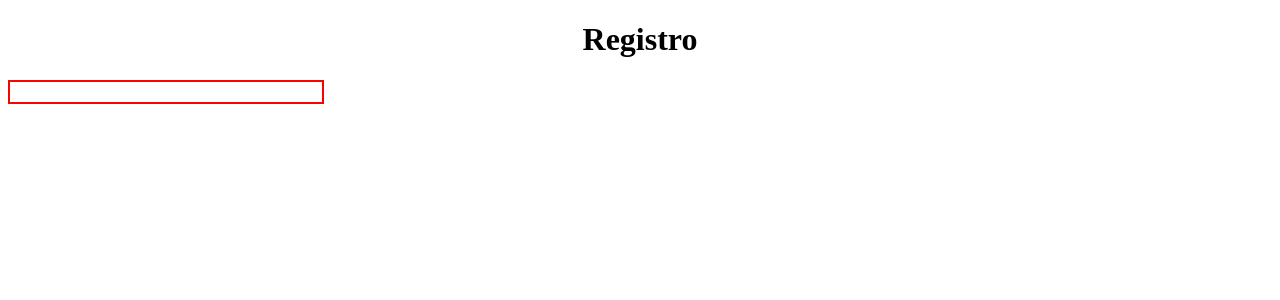
Repository: jchemile/varios
Page: pildoras_informaticas/javaee/Primeros_pasos_JSP/WebContent/Formuario_Login.html
The author's editor kept a copy of each file at every save. The page is drawn from the files as they stood at one save, then again after the next save.
The browser window is 1280 px wide. The pictures show the whole page.

Above is the page before, as saved 2020-04-20 04:59:34.

### pildoras_informaticas/javaee/Primeros_pasos_JSP/WebContent/Formuario_Login.html
<!doctype html>

<html>
<head>
<meta charset = "utf-8">
<title>Documento sin título</title>
<style>

body{
	background-color = #FFC;
}

table{
	backgroud: #FF6;
	padding: 10px;
	border: solid 2px #FF0000;
}

td{
	padding: 5px 0;
}

</style>
</head>

<body>
<h1 style = "text-align:center">Registro</h1>
<form action="" method = "get">
	<table width="25%">


	</table>

</form>

</body>

</html>

After the next save:
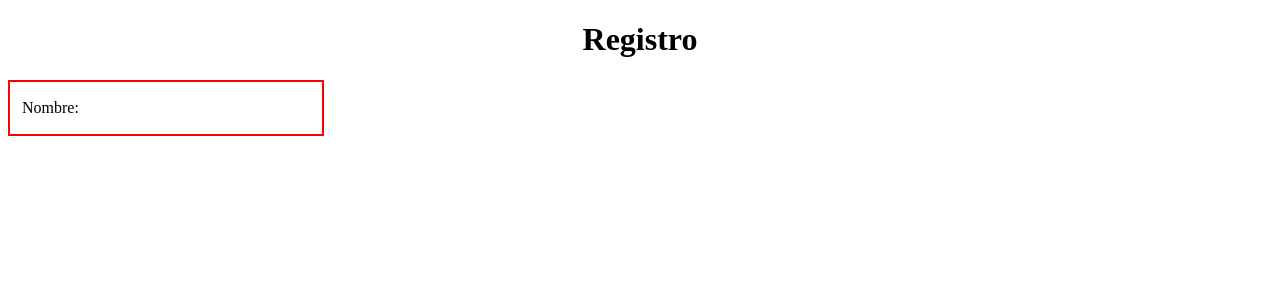
Saved 77 s later.
--- a/pildoras_informaticas/javaee/Primeros_pasos_JSP/WebContent/Formuario_Login.html
+++ b/pildoras_informaticas/javaee/Primeros_pasos_JSP/WebContent/Formuario_Login.html
@@ -27,7 +27,9 @@ td{
 <h1 style = "text-align:center">Registro</h1>
 <form action="" method = "get">
 	<table width="25%">
-
+	  <tr>
+		<td widht=13%><label for="nombre">Nombre: </label></td>
+	  </tr>
 
 	</table>
 
